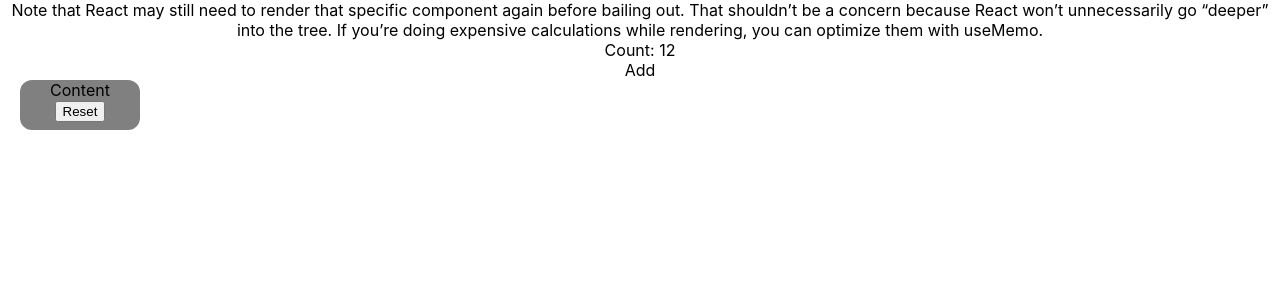
Repository: Farbod29/React-text-highlighter-with-hook-
Page: /
The author's editor kept a copy of each file at every save. The page is drawn from the files as they stood at one save, then again after the next save.
The browser window is 1280 px wide. The pictures show the whole page.
The project was rebuilt for these pictures with package versions that can differ from the ones it lists, and the page was loaded fresh each time.

Above is the page before, as saved 2022-02-18 21:08:34.

### src/App.js
import './App.css';
import Highlighter from './highlighter';
function App() {
  return (
    <div className="App">
      <Highlighter />
    </div>
  );
}

export default App;

### src/highlighter.js
import React, { useEffect, useState } from 'react';

export default function Highlighter() {
  let doit = () => {
    document.onmouseup = () => {
      console.log(window.getSelection().toString());
    };
  };
  const [count, setCount] = useState(12);
  return (
    <>
      <div>
        {' '}
        Note that React may still need to render that specific component again
        before bailing out. That shouldn’t be a concern because React won’t
        unnecessarily go “deeper” into the tree. If you’re doing expensive
        calculations while rendering, you can optimize them with useMemo.
      </div>
      Count: {count}
      {/* <button onClick={() => setCount((prevCount) => prevCount - 1)}>-</button> */}
      <div style={{ position: 'relative' }}>
        <div
          style={{
            padding: '0px 10px',
            position: 'fixed',
            height: '50px',
            width: '100px',
            margin: '20px',
            borderRadius: '12px',
            backgroundColor: 'gray',
            inline: true,
            fontColor: 'red',
            textAlign: 'center',
          }}
        >
          Content
          <button onClick={() => setCount(12)}>Reset</button>
        </div>
        Add {doit()}
      </div>
    </>
  );
}

Loaded but not shown: public/index.html (common file); src/index.js (common file); src/index.css (common file); src/reportWebVitals.js (common file); src/App.css (common file)

After the next save:
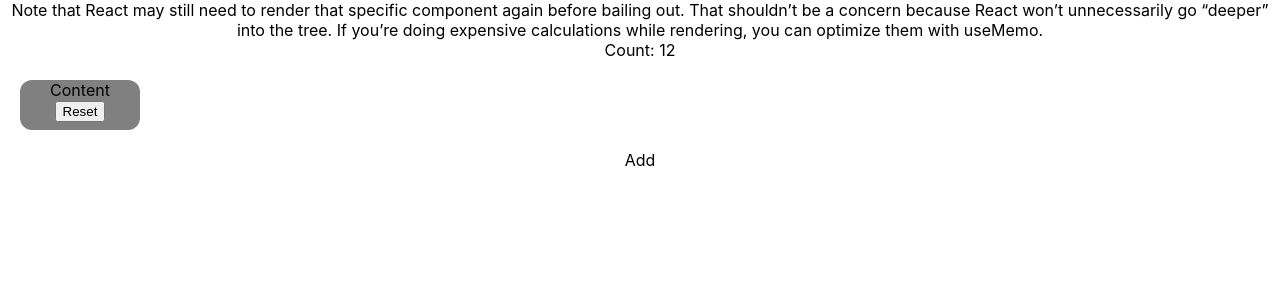
Saved 5 s later.
--- a/src/highlighter.js
+++ b/src/highlighter.js
@@ -22,7 +22,6 @@ export default function Highlighter() {
         <div
           style={{
             padding: '0px 10px',
-            position: 'fixed',
             height: '50px',
             width: '100px',
             margin: '20px',
